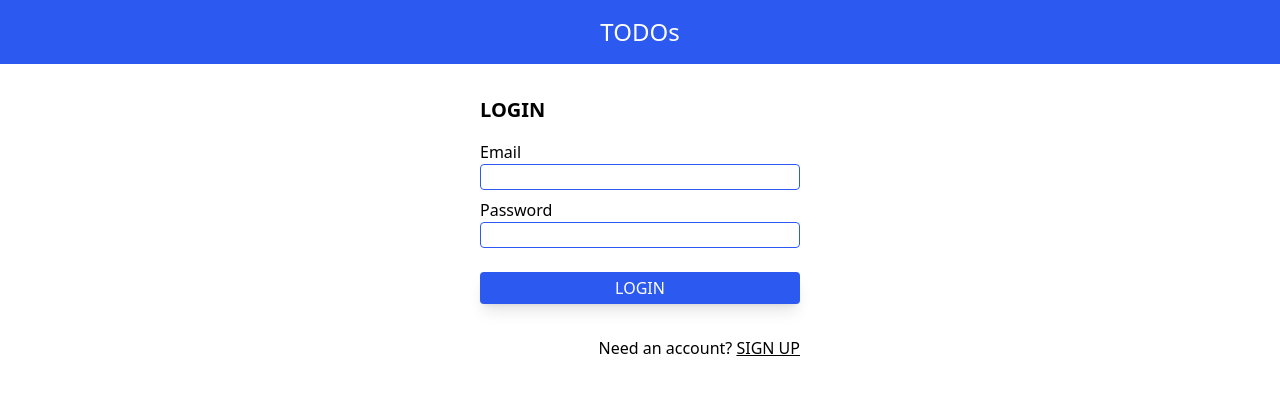
Repository: Jay-JYKim91/wanted-pre-onboarding-challenge-fe-1
Page: /auth
These files come from the project's save history. The page is drawn as it stood at one moment and after the next save; the edit follows.
The browser window is 1280 px wide. The pictures show the whole page.
The page's requests for data from a server got no answer. The project was rebuilt for these pictures with package versions that can differ from the ones it lists, and the page was loaded fresh each time. No one was signed in, and anything a server would have sent is missing. Also part of the build but not shown: src/page/Main.tsx.

Above is the page before, as saved 2022-08-01 22:46:49.

### src/index.tsx
import React from "react"
import ReactDOM from "react-dom/client"
import "./index.css"
import App from "./App"
import { BrowserRouter } from "react-router-dom"

const root = ReactDOM.createRoot(document.getElementById("root") as HTMLElement)
root.render(
  <React.StrictMode>
    <BrowserRouter>
      <App />
    </BrowserRouter>
  </React.StrictMode>
)

### src/App.tsx
import React, { useEffect, useState } from "react"
import { Route, Routes, useNavigate } from "react-router-dom"
import Auth from "./page/Auth"
import Main from "./page/Main"

// type UserToken = {
//   userToken: string | null
// }

function App() {
  const navigate = useNavigate()
  const userToken = window.localStorage.getItem("userToken")
  const [todos, setTodos] = useState([])

  useEffect(() => {
    if (userToken === "") {
      window.alert("Please login first.")
      navigate("/auth")
    } else {
      const headers = {
        Authorization: userToken,
      }
      fetch("http://localhost:8080/todos")
        .then((response) => response.json())
        .then((res) => {
          console.log(res)
        })
    }
  }, [])

  return (
    <div className="App">
      <header className="bg-primary-900 text-white text-center py-4 text-2xl">
        <span>TODOs</span>
      </header>
      <Routes>
        <Route path="/" element={<Main todos={todos} />} />
        <Route path="/auth" element={<Auth />} />
      </Routes>
    </div>
  )
}

export default App

### src/page/Auth.tsx
import React, { useEffect, useState } from "react"
import { useNavigate } from "react-router-dom"

type logInOrSignUp = "logIn" | "signUp"

function Auth() {
  const [logInOrSignUp, setLogInOrSignUp] = useState<logInOrSignUp>("logIn")
  const [emailInput, setEmailInput] = useState("")
  const [passwordInput, setPasswordInput] = useState("")
  const navigate = useNavigate()

  useEffect(() => {
    setEmailInput("")
    setPasswordInput("")
  }, [logInOrSignUp])

  function handleSubmit(event: React.FormEvent<HTMLFormElement>) {
    event.preventDefault()

    const emailRegex = /^[\w-\.]+@([\w-]+\.)+[\w-]{2,4}$/g

    if (!emailRegex.test(emailInput)) {
      window.alert("Please enter an email address.")
    } else {
      handleLogInOrSignUp()
    }
  }

  function handleLogInOrSignUp() {
    const data = {
      email: emailInput,
      password: passwordInput,
    }

    if (logInOrSignUp === "logIn") {
      fetch("http://localhost:8080/users/login", {
        method: "POST",
        headers: { "Content-Type": "application/json" },
        body: JSON.stringify(data),
      })
        .then((response) => response.json())
        .then((res) => {
          console.log(res)

          if (res.details === "로그인에 실패했습니다") {
            window.alert("Invalid email or password.")
          } else if (res.message === "성공적으로 로그인 했습니다") {
            window.localStorage.setItem("userToken", res.token)
            navigate("/")
          }
        })
    } else if (logInOrSignUp === "signUp") {
      fetch("http://localhost:8080/users/create", {
        method: "POST",
        headers: { "Content-Type": "application/json" },
        body: JSON.stringify(data),
      })
        .then((response) => response.json())
        .then((res) => {
          console.log(res)
          if (res.details === "이미 존재하는 유저입니다") {
            window.alert("This email address is already registered.")
          } else if (res.message === "계정이 성공적으로 생성되었습니다") {
            window.alert("Thanks for signing up. You can login now.")
            setLogInOrSignUp("logIn")
          }
        })
    }
  }

  return (
    <div>
      <div className="max-w-xs m-auto my-8">
        <h1 className="font-bold text-xl uppercase">{logInOrSignUp}</h1>
        <form className="my-4" onSubmit={(event) => handleSubmit(event)}>
          <div className="flex flex-col mb-2">
            <label htmlFor="emailForLogin">Email</label>
            <input
              type="email"
              id="emailForLogin"
              className="border rounded border-primary-900"
              value={emailInput}
              onChange={(event) => setEmailInput(event.target.value)}
              required
            />
          </div>
          <div className="flex flex-col mb-2">
            <label htmlFor="passwordForLogin">Password</label>
            <input
              type="password"
              id="passwordForLogin"
              className="border rounded border-primary-900"
              value={passwordInput}
              onChange={(event) => setPasswordInput(event.target.value)}
              minLength={8}
              required
            />
          </div>
          <button
            type="submit"
            className="w-full py-1 my-4 uppercase rounded bg-primary-900 text-white shadow-lg"
          >
            {logInOrSignUp}
          </button>
        </form>
        {logInOrSignUp === "logIn" ? (
          <p className="text-right">
            Need an account?{" "}
            <button
              type="button"
              className="underline"
              onClick={() => setLogInOrSignUp("signUp")}
            >
              SIGN UP
            </button>
          </p>
        ) : (
          <p className="text-right">
            Already a user?{" "}
            <button
              type="button"
              className="underline"
              onClick={() => setLogInOrSignUp("logIn")}
            >
              LOGIN
            </button>
          </p>
        )}
      </div>
    </div>
  )
}

export default Auth

### tailwind.config.js
/** @type {import('tailwindcss').Config} */
module.exports = {
  content: [
    "./src/**/*.{js,jsx,ts,tsx}",
  ],
  theme: {
    extend: {
      colors: {
        'primary': {
          100: '#47dfbc',
          500: '#428afe',
          900: '#2c5af1',
        }
      },
    },
  },
  plugins: [],
}

Loaded but not shown: public/index.html (common file); src/index.css (common file)

After the next save:
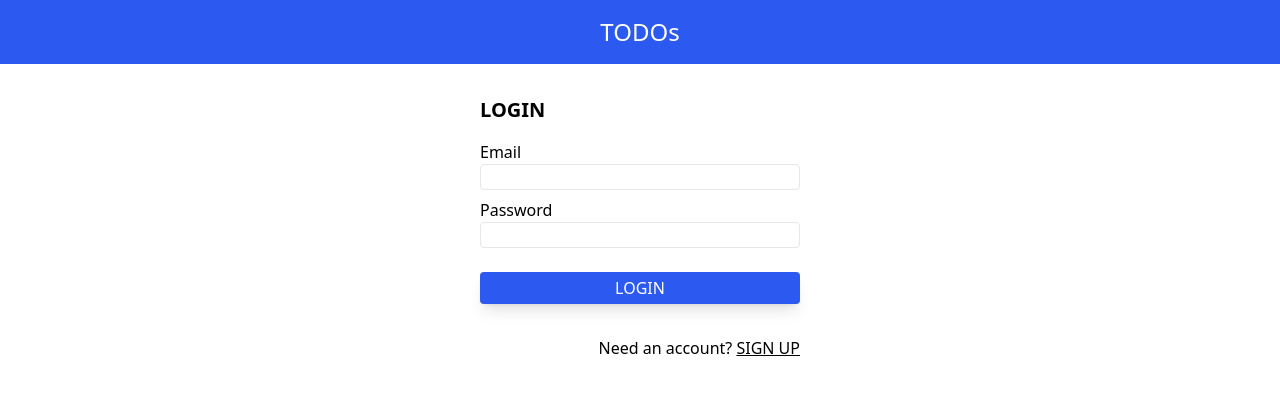
Saved 6 s later.
--- a/src/page/Auth.tsx
+++ b/src/page/Auth.tsx
@@ -78,7 +78,7 @@ function Auth() {
             <input
               type="email"
               id="emailForLogin"
-              className="border rounded border-primary-900"
+              className="border rounded"
               value={emailInput}
               onChange={(event) => setEmailInput(event.target.value)}
               required
@@ -89,7 +89,7 @@ function Auth() {
             <input
               type="password"
               id="passwordForLogin"
-              className="border rounded border-primary-900"
+              className="border rounded"
               value={passwordInput}
               onChange={(event) => setPasswordInput(event.target.value)}
               minLength={8}
